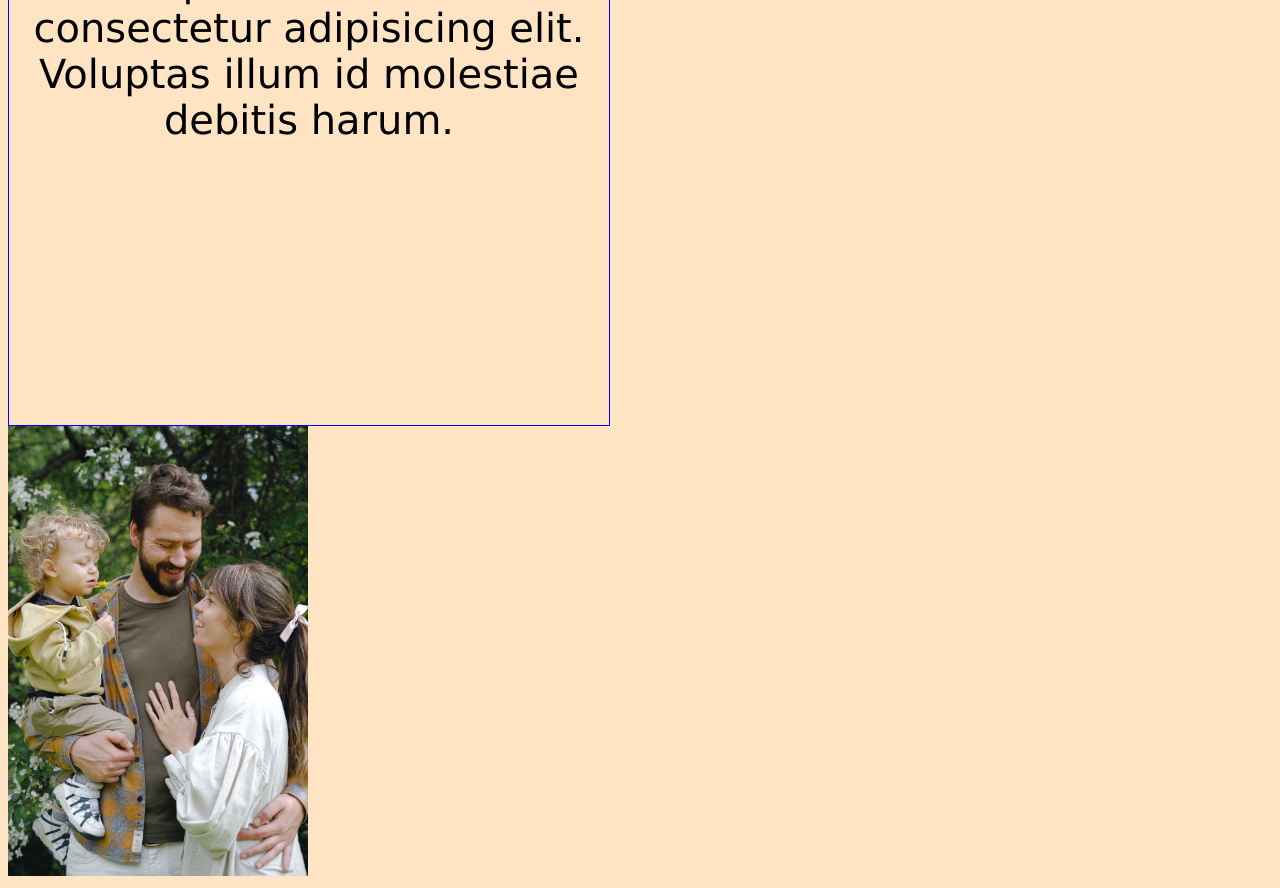
Repository: TheTroyPhillips/Personal-website
Page: about.html
These files come from the project's save history. The page is drawn as it stood at one moment and after a run of saves; the edit follows.
The browser window is 1280 px wide. The pictures show the part of the page from y = 1276 to 2228 px (the page is 2164 px tall before and 2228 px after).
A picture or video elsewhere on the page could not be fetched, so the positions and the page height are approximate.

Above is the page before, as saved 2023-09-10 23:07:34.

### about.html
<!DOCTYPE html>
<html lang="en">
<head>
    <meta charset="UTF-8">
    <meta name="viewport" content="width=device-width, initial-scale=1.0">
    <title>Document</title>
    <link rel="stylesheet" href="style.css">
</head>
<body>
    <div class="parent">
        <div class="child">
            <span class="myname">Troy Phillips</span>
        <nav class="pages">
            <a class="active" href="/">HOME</a>
            <a href="/about.html">ABOUT</a>
            <a href="/portfolio.html">PORTFOLIO</a>
        </div>
        <h1 class="about">When i am away from the keyboard these are
            a few things i do to enjoy life to the fullest.</h1>\
     <div class="parent"></div>
        <div class="childb">
            <section>
                <h2>Golfing</h2>
                <p class="pa">Lorem ipsum dolor sit amet, consectetur adipisicing elit. Excepturi facere
                     temporibus,corporis quia, at facilis a molestiae, reprehenderit quod
                      distinctio quae in quam vitae earum ut nemo eligendi! Corporis, omnis.</p>
         </div>
         <div class="childb">
            <img src="pexels-ashford-marx-6501725.jpg" alt="">
        </div>
    </div>
         <div class="childb1">
            <section>
                <h2>Spending time with family</h2>
                <p class="pa">Lorem ipsum dolor sit amet consectetur adipisicing elit.
                     Voluptas illum id molestiae debitis harum.</p>
            </section>
         </div>
         <div></div>
         <img src="pexels-anna-shvets-4586683.jpg" alt="">
</body>
</html>

### style.css
.child{
    width: 100%;
    height: 60px;
    border: 1px solid blue;
    display: inline-block;
    box-sizing: border-box;
    background-color: aqua;
    padding: 10px;
}
.childb{
    width: 600px;
    height: 600px;
    border: 1px solid blue;
    display: inline-block;
    margin-top: 1px;
}
.myname{
    float: left;
    font-size: 2rem;
}
.pages{
    float: right;
    font-size: 2rem;
}
.pages a.active{
    color: inherit;
}
.pages a{
    color: inherit;
}
body{
    background-color: bisque;
}
main{
    text-align: center;
    margin-left: 5%;
    margin-right: 5%;
    font-size: 1.8rem;
}
p{
    text-align: center;
    font-size: 2.5rem;
    font-family: Verdana, Geneva, Tahoma, sans-serif;
    margin: 130px;
}
.pa{
    margin: 10px;
}
h2{
    font-size: 3rem;
}
.childc{
    width: 70%;
    height: 600px;
    border: 1px solid blue;
    margin-left: 15%;
}
.two{
    font-size: 2.2rem;
}
.extra{
    font-size: 1.8rem;
    margin-top: 10px;
    text-align: left;
    margin-left: 10px;
}
img{
    width: 300px;
}
.childb1{
    width: 600px;
    height: 600px;
    border: 1px solid blue
}
.parent{
    margin-top: 10px;

}

After the next 2 saves:
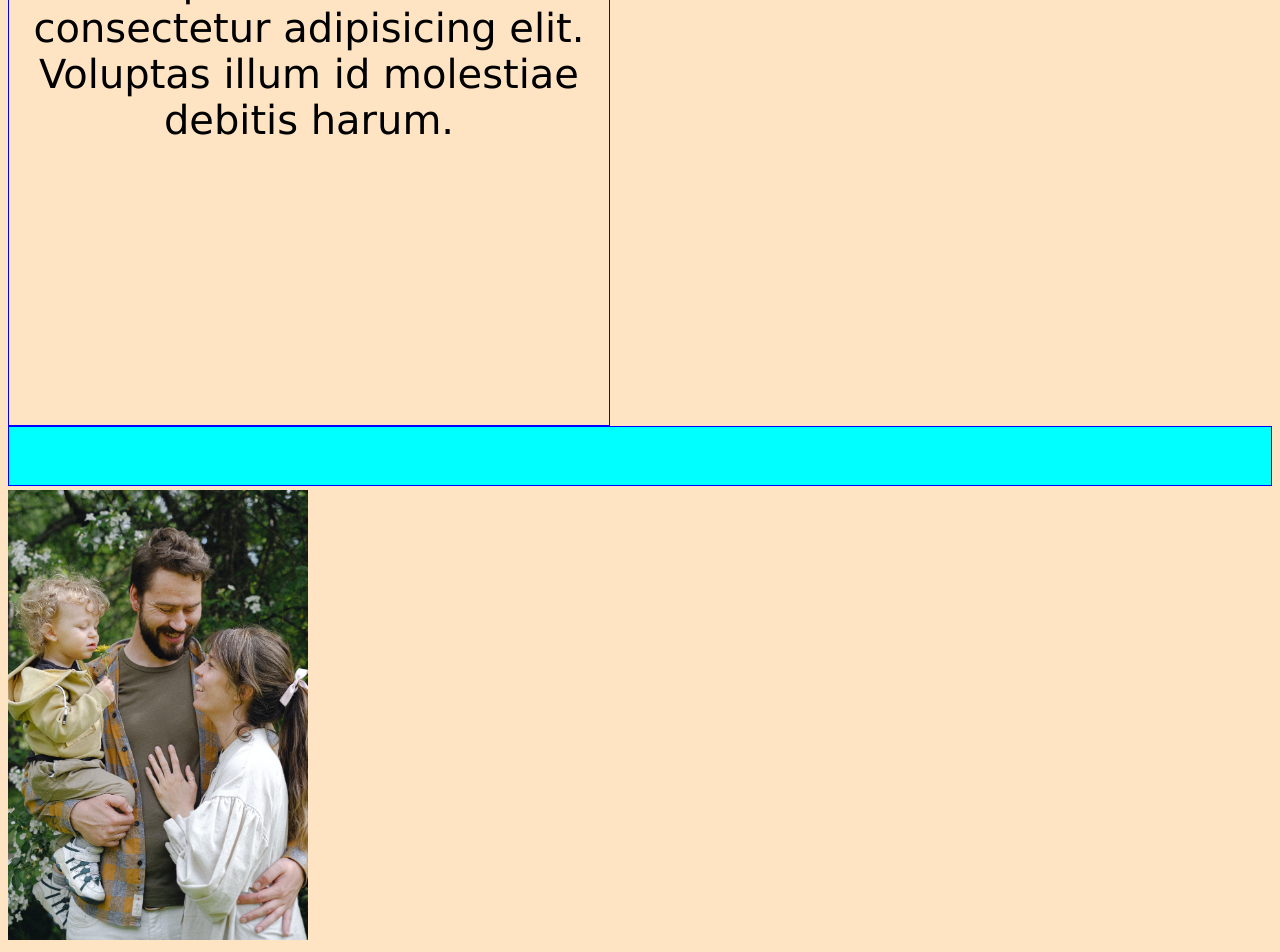
The 2 saves are shown as one change because they came seconds apart.
The last was saved 6 s later.
--- a/about.html
+++ b/about.html
@@ -36,7 +36,7 @@
                      Voluptas illum id molestiae debitis harum.</p>
             </section>
          </div>
-         <div></div>
+         <div class="child"></div>
          <img src="pexels-anna-shvets-4586683.jpg" alt="">
 </body>
 </html>
